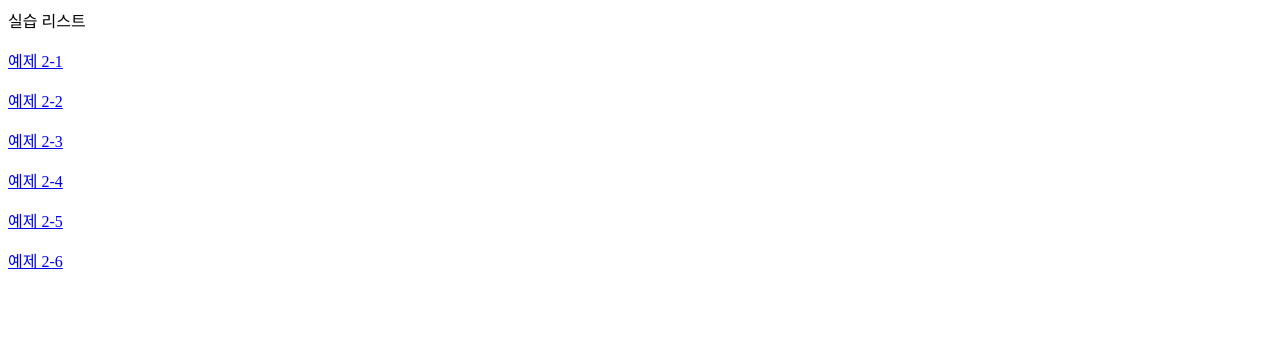
Repository: ezooo/JSP-test
Page: http://localhost/jspbook/
The author's editor kept a copy of each file at every save. The page is drawn from the files as they stood at one save, then again after the next save.
The browser window is 1280 px wide. The pictures show the whole page.
The page is served by Tomcat 10.

Above is the page before, as saved 2024-10-08 01:46:20.

After the next save:
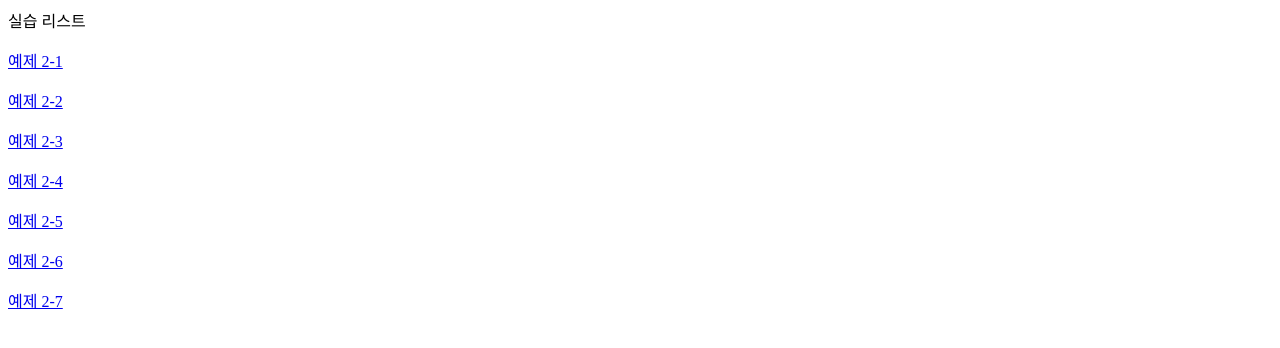
Saved 3 min 49 s later.
--- a/jspbook/src/main/webapp/index.jsp
+++ b/jspbook/src/main/webapp/index.jsp
@@ -26,5 +26,8 @@
 	<p>
 		<a href="2_6">예제 2-6</a>
 	</p>
+	<p>
+		<a href="2_7">예제 2-7</a>
+	</p>
 </body>
 </html>
